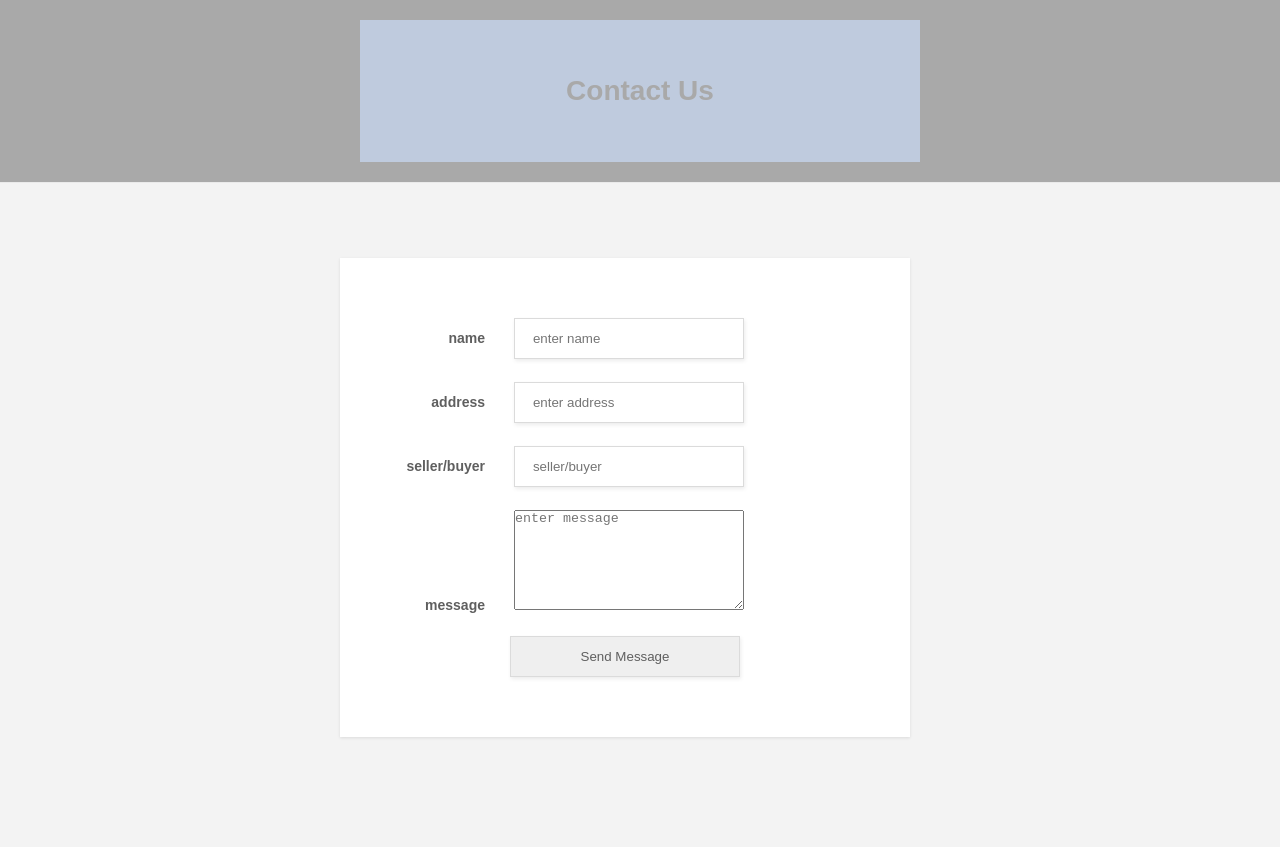
Repository: 0suh/SKKU_Web_project
Page: http://localhost/2018312257_YoungSuhChin_project/contact.jsp
The author's editor kept a copy of each file at every save. The page is drawn from the files as they stood at one save, then again after the next save.
The browser window is 1280 px wide. The pictures show the whole page.
The page is served by Tomcat 9.

Above is the page before, as saved 2020-12-20 08:34:03.

### FinalProject/2018312257_YoungSuhChin_project/WebContent/contact.jsp
<%@ page language="java" contentType="text/html; charset=utf-8" pageEncoding="utf-8"%>

 <%
try
{
	Class.forName("com.mysql.cj.jdbc.Driver"); //load driver

	Connection con=DriverManager.getConnection("jdbc:mysql://localhost:3306/dbuser","root","root");  //create connection

	if(request.getParameter("btn_message")!=null) //check register button click event not null
	{
		String name,address,classification,message;

		name=request.getParameter("txt_name"); //txt_name
		address=request.getParameter("txt_address"); //txt_address
		classification=request.getParameter("txt_classification"); //txt_classification
		message=request.getParameter("txt_message"); //txt_message

		PreparedStatement pstmt=null; //create statement

		pstmt=con.prepareStatement("insert into contactmessage(name,address,classification,message) values(?,?,?,?)"); //sql insert query
		pstmt.setString(1,name);
		pstmt.setString(2,address);
		pstmt.setString(3,classification);
		pstmt.setString(4,message);

		pstmt.executeUpdate(); //execute query

		request.setAttribute("successMsg","Successful message transmission!"); //success messeage

		con.close(); //close connection
	}

}
catch(Exception e)
{
	out.println(e);
}



%>



<!DOCTYPE html>
<%@ page import = "java.sql.*" %>
<html>
<head>
<meta charset="utf-8">
<title>Welcome! SKKU Flea Market for seller</title>

<link rel="stylesheet" href="css/main.css"> <!-- link with css file -->
<link rel="stylesheet" href="css/login-register.css"> <!-- link with css file -->
<link rel="stylesheet" href="css/market.css"> <!-- link with css file -->

</head>
<body>

<ul>

<li><div class="contact"><h1>Contact Us</h1></div></li>
</ul>


    <div class="main-content">

      <form class="form-register" method="post">
       <div class="form-register-with-ID">
       <div class="form-white-background">
       <p style="color:#2E9AFE">
					<%

					if(request.getAttribute("successMsg")!=null)
					{
						out.println(request.getAttribute("successMsg")); //register success message
					}
					%>
					</p>
      <div class="form-row">
     <label>
    <span>name</span>
     <input type="text" name="txt_name" id="name" placeholder="enter name"> <!-- blank to insert the name -->
 		</label>
        </div>

         <div class="form-row">
     <label>
    <span>address</span>
     <input type="text" name="txt_address" id="address" placeholder="enter address"> <!-- blank to insert the address -->
 		</label>
        </div>

          <div class="form-row">
     <label>
     <span>seller/buyer</span>
     <input type="text" name="txt_classification" id="classification" placeholder="seller/buyer"> <!-- blank to insert the classification -->
 		</label>
        </div>

        <div class="form-row">
        <label>
        <span>message</span>
        <textarea id="message" name="txt_message"  placeholder="enter message" style="height:100px; width:230px"></textarea>
        </label>
        </div>

        <input type="submit" name="btn_message" value="Send Message">
        </div>
         </div>
      </form>

    </div>



</body>
</html>

### FinalProject/2018312257_YoungSuhChin_project/WebContent/css/main.css
@import url('http://fonts.googleapis.com/css?family=Open+Sans:400,700');

*{ /*entire setting*/
    margin: 0;
    padding: 0;
    box-sizing: border-box;
}

html{
	background-color: #efefef;
}

body{
	font:14px/1.5 Arial, Helvetica, sans-serif;
	margin:0;
}


ul {/*ul design (menu bar)*/
    list-style: none;
    border-bottom: 1px solid #EAEAEA;
    background-color: #A9A9A9;
    padding: 20px;
    margin-top: 0;
    text-align: center;
    margin-bottom: 75px;
}

ul a{/*ul menu bar link design*/
    text-decoration: none;
    color: #FFF;
    text-align: left;
    background-color: #bfcbde;
    padding: 10px 16px;
    border-radius: 2px;
    opacity: 0.8;
    font-size: 16px;
    display: inline-block;
    margin: 4px;
    line-height: 1;
    outline: none;

    transition: 0.2s ease;
}

ul li a.active{ /*menu hyperlink effect*/
    background-color:#bfcbde;
    pointer-events: none;
}

ul li a:hover { /*when mouse is on hyperlink*/
    opacity: 1;
}


ul li{ /*list design*/
    display: inline-block;

}


.main-content{/*main-content div design*/
    margin-bottom: 75px;
}

### FinalProject/2018312257_YoungSuhChin_project/WebContent/css/login-register.css
html{/*entire html color*/
    background-color: #f3f3f3;
}

.form-register{ /*div form-register design*/
    max-width: 1000px;
    width: 100%;
    margin: 0 auto;
    font: bold 14px sans-serif;
    text-align: center;
}

.form-register-with-ID{/*div form register ID*/
    position: relative;
    display: inline-block;
    vertical-align: top;
    margin-right: 30px;
    text-align: center;
}

.form-register-with-ID .form-white-background{/*div form white background design*/
    width: 570px;
    box-sizing: border-box;
    background-color: #ffffff;
    box-shadow: 0 1px 3px 0 rgba(0, 0, 0, 0.1);
    padding: 60px 45px;
    margin-bottom: 35px;
}

.form-register-with-ID .form-row{ /*form low design*/
    text-align: left;
    margin-bottom: 23px;
}

.form-register-with-ID .form-title-row{ /*form title row design*/
    text-align: center;
    margin-bottom: 50px;
}

.form-register-with-ID h1{ /*h1 text design in form register with ID div*/
    display: inline-block;
    box-sizing: border-box;
    color:  #4c565e;
    font-size: 24px;
    padding: 0 20px 15px;
    border-bottom: 2px solid #e74c3c;
    margin: 0;
}

.form-register-with-ID .form-row > label span{ /*label span design*/
    display: inline-block;
    box-sizing: border-box;
    color:  #5f5f5f;
    width: 125px;
    text-align: right;
    padding-right: 25px;
}
.classification-checkbox{ /*input type:check box design*/
	display: inline-block;
	box-sizing:border-box;
	width: 125px;
	text-align:center;
	color:  #5f5f5f;
}
#classification{/*id=classification design*/
	margin-right: 10px;

}
.form-register-with-ID input{/*register input blank design*/
    color:  #5f5f5f;
    box-sizing: border-box;
    width: 230px;
    box-shadow: 1px 2px 4px 0 rgba(0, 0, 0, 0.08);
    padding: 12px 18px;
    border: 1px solid #dbdbdb;
}
.form-register-with-ID button{/*register ID button*/
    display: block;
    border-radius: 2px;
    background-color:  #6caee0;
    color: #ffffff;
    font-weight: bold;
    box-shadow: 1px 2px 4px 0 rgba(0, 0, 0, 0.08);
    padding: 15px 35px;
    border: 0;
    margin: 55px auto 0;
    cursor: pointer;
}

.form-register-with-ID .form-log-in-with-existing{/*form log in with existing-div design*/
    text-decoration: none;
    padding: 15px 25px;
    font-weight: normal;
    color: #6d7f9c;
    background-color: #adc1e0;
}

### FinalProject/2018312257_YoungSuhChin_project/WebContent/css/market.css
ul h1{ /*main-Flea Market*/
	color:#fff;
}
footer{  /*footer part*/
	background-color:#bfcbde;
	width:100%;
   	height:40px;
   	position:absolute;
   	bottom:0;
   	text-align: center;
  	color: white;
}
footer p{ /*footer text*/
	margin:10px;
}
.form-shopping { /*contains image and text*/
	margin:0px auto;
	width:80%;
	text-align:center;
	color: #A9A9A9;
}
.form-shopping img{ /*shopping.jpg image*/
	display:block;
	width:700px;
	margin:0px auto;
	text-align:center;
}
.contact h1{
	width:560px;
	background-color:#bfcbde;
	color: #A9A9A9;
	text-align:center;
	padding-top:50px;
	padding-bottom:50px;
}

After the next save:
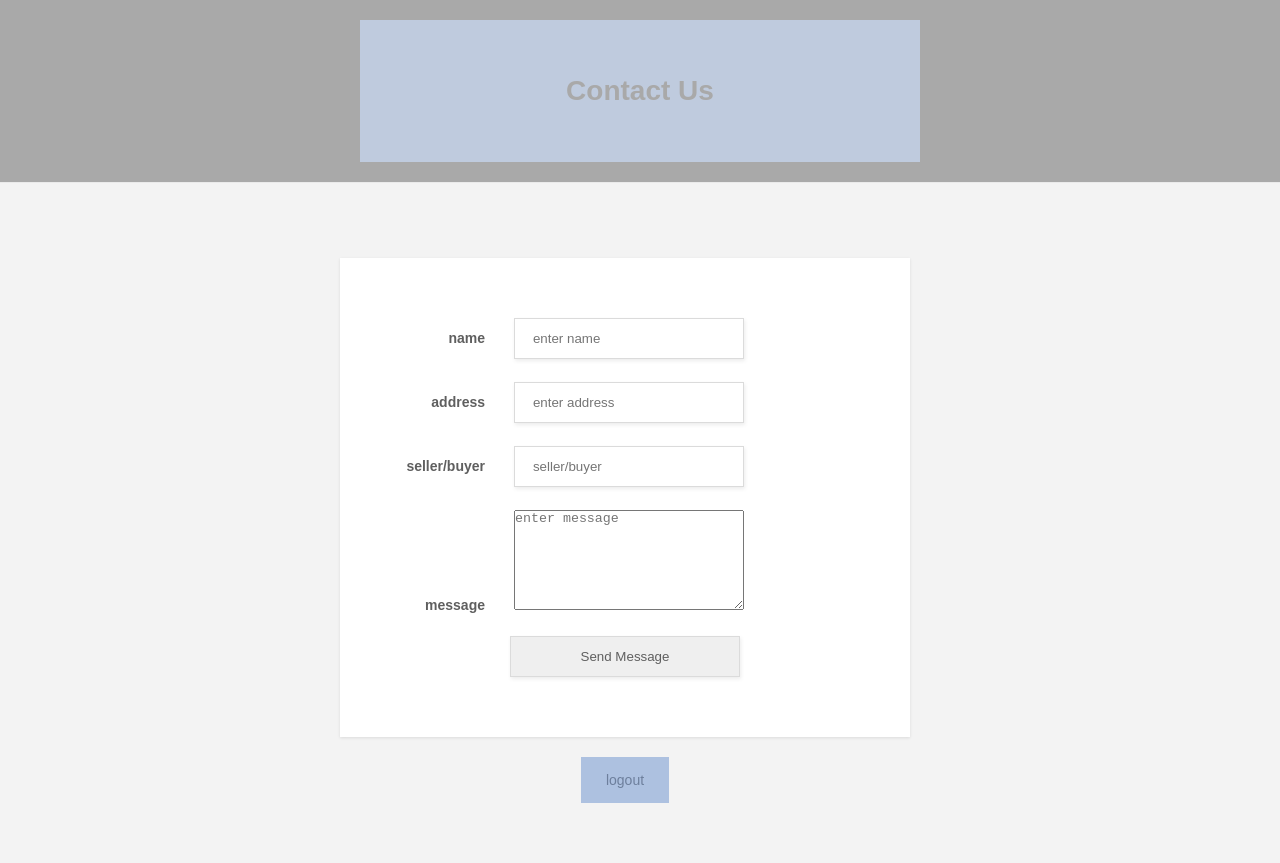
Saved 2 min 3 s later.
--- a/FinalProject/2018312257_YoungSuhChin_project/WebContent/contact.jsp
+++ b/FinalProject/2018312257_YoungSuhChin_project/WebContent/contact.jsp
@@ -107,6 +107,7 @@ catch(Exception e)
 
         <input type="submit" name="btn_message" value="Send Message">
         </div>
+          <a href="logout.jsp" class="form-log-in-with-existing">logout</a>
          </div>
       </form>
 
